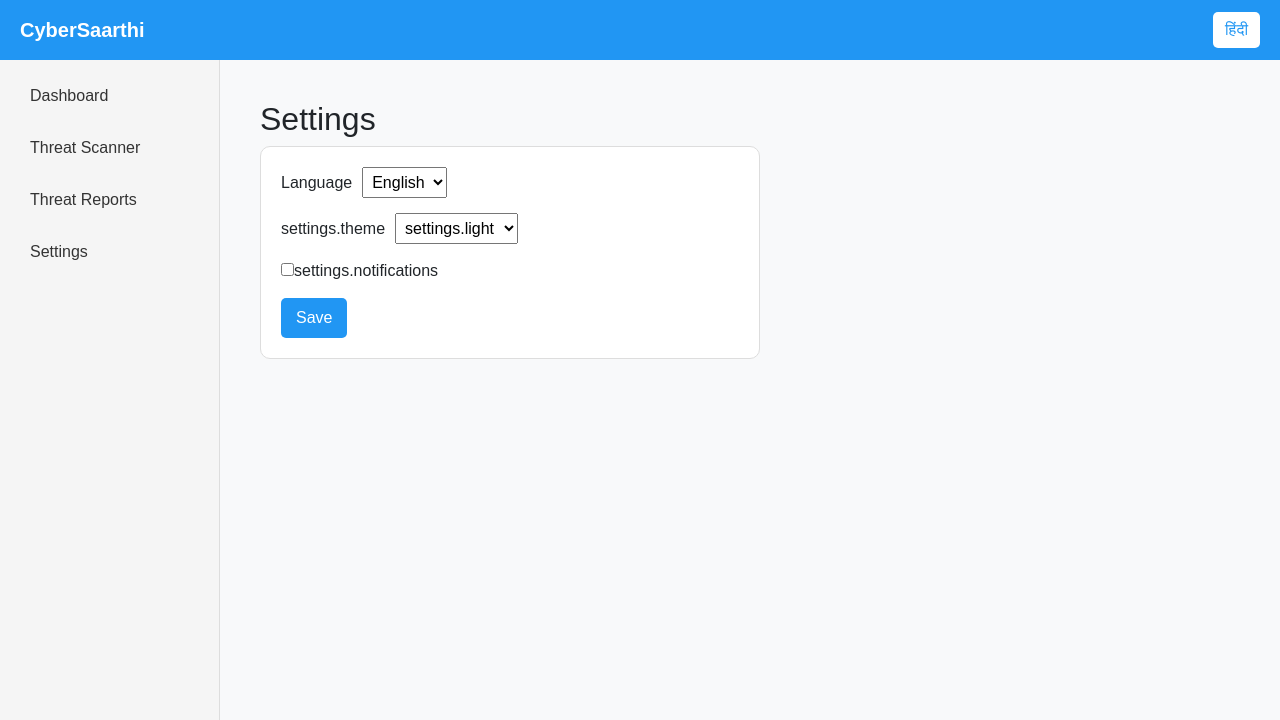
Repository: riyaaaa19/CyberSaarthi
Page: /settings (app in frontend/)
These files come from the project's save history. The page is drawn as it stood at one moment and after the next save; the edit follows.
The browser window is 1280 px wide. The pictures show the whole page.
The project was rebuilt for these pictures with package versions that can differ from the ones it lists, and the page was loaded fresh each time. Also part of the build but not shown: frontend/vite.config.ts, frontend/src/services/api.js, frontend/src/pages/Dashboard.js, frontend/src/pages/Scanner.js, frontend/src/pages/Reports.js.

Above is the page before, as saved 2025-08-20 23:45:39.

### frontend/src/index.js
import React from "react";
import ReactDOM from "react-dom/client";
import App from "./App";
import "bootstrap/dist/css/bootstrap.min.css";
import "./styles/style.css";

const root = ReactDOM.createRoot(document.getElementById("root"));
root.render(<App />);

### frontend/src/App.js
import React from "react";
import { BrowserRouter as Router, Routes, Route, Navigate } from "react-router-dom";
import Navbar from "./components/Navbar";
import Sidebar from "./components/Sidebar";
import Dashboard from "./pages/Dashboard";
import Scanner from "./pages/Scanner";
import Reports from "./pages/Reports";
import Settings from "./pages/Settings";

function App() {
  const layoutStyle = { display: "flex" };
  const contentStyle = { marginLeft: "220px", flex: 1, padding: "20px" };

  return (
    <Router>
      <Navbar />
      <div style={layoutStyle}>
        <Sidebar />
        <div style={contentStyle}>
          <Routes>
            <Route path="/" element={<Navigate to="/dashboard" />} />
            <Route path="/dashboard" element={<Dashboard />} />
            <Route path="/scanner" element={<Scanner />} />
            <Route path="/reports" element={<Reports />} />
            <Route path="/settings" element={<Settings />} />
          </Routes>
        </div>
      </div>
    </Router>
  );
}

export default App;

### frontend/src/styles/style.css
body {
  font-family: 'Poppins', sans-serif;
  background: #f8f9fa;
}
.sidebar {
  width: 250px;
  background: #fff;
  min-height: 100vh;
}
.nav-link.active {
  background-color: #0d6efd !important;
  color: #fff !important;
}

### frontend/src/components/Navbar.js
import React from "react";
import { t, setLang } from "../i18n";

function Navbar() {
  const barStyle = {
    display: "flex",
    justifyContent: "space-between",
    alignItems: "center",
    padding: "12px 20px",
    background: "#2196f3",
    color: "white",
    position: "sticky",
    top: 0,
    zIndex: 1000
  };

  const brandStyle = { fontSize: "20px", fontWeight: "bold" };

  const toggleLang = () => {
    const current = localStorage.getItem("LANG") || "en";
    const newLang = current === "en" ? "hi" : "en";
    setLang(newLang); // reloads app with new lang
  };

  return (
    <nav style={barStyle}>
      <div style={brandStyle}>{t("app.title")}</div>
      <button
        onClick={toggleLang}
        style={{
          padding: "6px 12px",
          background: "white",
          color: "#2196f3",
          border: "none",
          borderRadius: "5px",
          cursor: "pointer"
        }}
      >
        {localStorage.getItem("LANG") === "hi" ? "EN" : "हिंदी"}
      </button>
    </nav>
  );
}

export default Navbar;

### frontend/src/components/Sidebar.js
import React from "react";
import { t } from "../i18n";

function Sidebar() {
  const sidebarStyle = {
    width: "220px",
    background: "#f5f5f5",
    height: "100vh",
    padding: "20px",
    position: "fixed",
    top: 0,
    left: 0,
    overflowY: "auto",
    borderRight: "1px solid #ddd"
  };

  const linkStyle = {
    display: "block",
    padding: "10px",
    marginBottom: "8px",
    color: "#333",
    textDecoration: "none",
    borderRadius: "5px"
  };

  const linkHover = {
    background: "#e0e0e0"
  };

  return (
    <div style={sidebarStyle}>
      <h3 style={{ marginBottom: "20px" }}>Menu</h3>
      <a href="/dashboard" style={linkStyle} onMouseOver={e => e.currentTarget.style.background = linkHover.background} onMouseOut={e => e.currentTarget.style.background = "transparent"}>{t("dashboard.title")}</a>
      <a href="/scanner" style={linkStyle} onMouseOver={e => e.currentTarget.style.background = linkHover.background} onMouseOut={e => e.currentTarget.style.background = "transparent"}>{t("scanner.title")}</a>
      <a href="/reports" style={linkStyle} onMouseOver={e => e.currentTarget.style.background = linkHover.background} onMouseOut={e => e.currentTarget.style.background = "transparent"}>{t("reports.title")}</a>
      <a href="/settings" style={linkStyle} onMouseOver={e => e.currentTarget.style.background = linkHover.background} onMouseOut={e => e.currentTarget.style.background = "transparent"}>{t("settings.title")}</a>
    </div>
  );
}

export default Sidebar;

### frontend/src/pages/Settings.js
import React, { useState } from "react";
import { t, setLang } from "../i18n";

function Settings() {
  const [language, setLanguage] = useState(localStorage.getItem("LANG") || "en");
  const [theme, setTheme] = useState(localStorage.getItem("THEME") || "light");
  const [notifications, setNotifications] = useState(localStorage.getItem("NOTIFY") === "true");

  const cardStyle = {
    padding: "20px",
    border: "1px solid #ddd",
    borderRadius: "10px",
    background: "#fff",
    maxWidth: "500px"
  };

  const saveSettings = () => {
    localStorage.setItem("LANG", language);
    localStorage.setItem("THEME", theme);
    localStorage.setItem("NOTIFY", notifications);
    setLang(language);
    alert(t("settings.saved"));
  };

  return (
    <div style={{ padding: "20px" }}>
      <h2>{t("settings.title")}</h2>
      <div style={cardStyle}>
        {/* Language */}
        <div style={{ marginBottom: "15px" }}>
          <label>{t("settings.lang")}</label>
          <select
            value={language}
            onChange={(e) => setLanguage(e.target.value)}
            style={{ marginLeft: "10px", padding: "5px" }}
          >
            <option value="en">English</option>
            <option value="hi">हिंदी</option>
          </select>
        </div>

        {/* Theme */}
        <div style={{ marginBottom: "15px" }}>
          <label>{t("settings.theme")}</label>
          <select
            value={theme}
            onChange={(e) => setTheme(e.target.value)}
            style={{ marginLeft: "10px", padding: "5px" }}
          >
            <option value="light">{t("settings.light")}</option>
            <option value="dark">{t("settings.dark")}</option>
          </select>
        </div>

        {/* Notifications */}
        <div style={{ marginBottom: "15px" }}>
          <label>
            <input
              type="checkbox"
              checked={notifications}
              onChange={(e) => setNotifications(e.target.checked)}
            />
            {t("settings.notifications")}
          </label>
        </div>

        <button
          onClick={saveSettings}
          style={{
            padding: "8px 15px",
            background: "#2196f3",
            color: "white",
            border: "none",
            borderRadius: "5px",
            cursor: "pointer"
          }}
        >
          {t("settings.save")}
        </button>
      </div>
    </div>
  );
}

export default Settings;

### frontend/src/i18n.js
const MESSAGES = {
  en: {
    "app.title": "CyberSaarthi",
    "email.safe": "Email appears safe.",
    "email.susp": "Suspicious indicators found (possible phishing).",
    "email.mal": "High-risk indicators found (likely phishing).",
    "invoice.safe": "Invoice looks consistent.",
    "invoice.susp": "Suspicious invoice indicators found.",
    "invoice.mal": "Likely fraudulent invoice detected.",
    "settings.title": "Settings",
    "settings.apiBase": "API Base URL",
    "settings.apiKey": "API Key (x-api-key header)",
    "settings.save": "Save",
    "settings.lang": "Language",
    "invoice.upload": "Upload invoice file (PDF/image)",
    "invoice.paste": "Or paste invoice text",
    "invoice.scanText": "Scan Text",
    "reports.title": "Threat Reports",
    "dashboard.title": "Dashboard",
    "dashboard.total": "Total Scans",
    "dashboard.susp": "Suspicious",
    "dashboard.mal": "Malicious",
    "scanner.title": "Threat Scanner",
    "scanner.emailTab": "Email",
    "scanner.invoiceTab": "Invoice",

  },
  hi: {
    "app.title": "साइबर सारथी",
    "email.safe": "ईमेल सुरक्षित प्रतीत होता है।",
    "email.susp": "संदिग्ध संकेत मिले (संभावित फ़िशिंग)।",
    "email.mal": "उच्च जोखिम संकेत (संभावित फ़िशिंग)।",
    "invoice.safe": "इनवॉइस सही लगता है।",
    "invoice.susp": "इनवॉइस में संदिग्ध संकेत मिले।",
    "invoice.mal": "संभावित धोखाधड़ी वाला इनवॉइस।",
    "settings.title": "सेटिंग्स",
    "settings.apiBase": "API बेस URL",
    "settings.apiKey": "API कुंजी (x-api-key हेडर)",
    "settings.save": "सहेजें",
    "settings.lang": "भाषा",
    "invoice.upload": "इनवॉइस फ़ाइल अपलोड करें (PDF/इमेज)",
    "invoice.paste": "या इनवॉइस टेक्स्ट पेस्ट करें",
    "invoice.scanText": "टेक्स्ट स्कैन करें",
    "reports.title": "खतरा रिपोर्ट",
    "dashboard.title": "डैशबोर्ड",
    "dashboard.total": "कुल स्कैन",
    "dashboard.susp": "संदिग्ध",
    "dashboard.mal": "हानिकारक",
    "scanner.title": "खतरा स्कैनर",
    "scanner.emailTab": "ईमेल",
    "scanner.invoiceTab": "इनवॉइस",

  }
};

export function t(key) {
  const lang = window.localStorage.getItem("LANG") || "en";
  return MESSAGES[lang]?.[key] || key;
}

export function setLang(lang) {
  window.localStorage.setItem("LANG", lang);
  window.location.reload();
}

Loaded but not shown: frontend/public/index.html (common file)

After the next save:
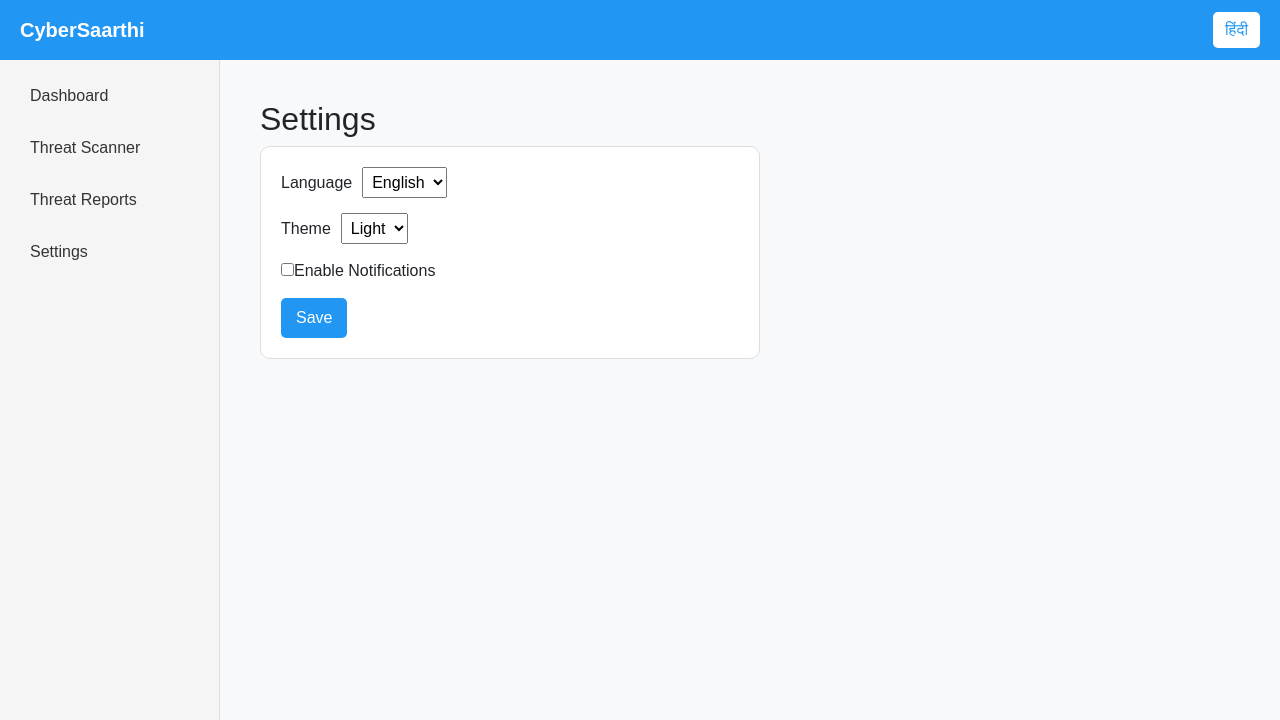
Saved 73 s later.
--- a/frontend/src/i18n.js
+++ b/frontend/src/i18n.js
@@ -1,55 +1,88 @@
 const MESSAGES = {
   en: {
     "app.title": "CyberSaarthi",
+
+    // Email Scanner
     "email.safe": "Email appears safe.",
     "email.susp": "Suspicious indicators found (possible phishing).",
     "email.mal": "High-risk indicators found (likely phishing).",
+
+    // Invoice Scanner
     "invoice.safe": "Invoice looks consistent.",
     "invoice.susp": "Suspicious invoice indicators found.",
     "invoice.mal": "Likely fraudulent invoice detected.",
-    "settings.title": "Settings",
-    "settings.apiBase": "API Base URL",
-    "settings.apiKey": "API Key (x-api-key header)",
-    "settings.save": "Save",
-    "settings.lang": "Language",
     "invoice.upload": "Upload invoice file (PDF/image)",
     "invoice.paste": "Or paste invoice text",
     "invoice.scanText": "Scan Text",
-    "reports.title": "Threat Reports",
+
+    // Dashboard
     "dashboard.title": "Dashboard",
     "dashboard.total": "Total Scans",
     "dashboard.susp": "Suspicious",
     "dashboard.mal": "Malicious",
+
+    // Reports
+    "reports.title": "Threat Reports",
+
+    // Scanner
     "scanner.title": "Threat Scanner",
     "scanner.emailTab": "Email",
     "scanner.invoiceTab": "Invoice",
 
+    // Settings
+    "settings.title": "Settings",
+    "settings.apiBase": "API Base URL",
+    "settings.apiKey": "API Key (x-api-key header)",
+    "settings.lang": "Language",
+    "settings.theme": "Theme",
+    "settings.light": "Light",
+    "settings.dark": "Dark",
+    "settings.notifications": "Enable Notifications",
+    "settings.save": "Save",
+    "settings.saved": "Settings saved successfully!"
   },
+
   hi: {
     "app.title": "साइबर सारथी",
+
+    // Email Scanner
     "email.safe": "ईमेल सुरक्षित प्रतीत होता है।",
     "email.susp": "संदिग्ध संकेत मिले (संभावित फ़िशिंग)।",
     "email.mal": "उच्च जोखिम संकेत (संभावित फ़िशिंग)।",
+
+    // Invoice Scanner
     "invoice.safe": "इनवॉइस सही लगता है।",
     "invoice.susp": "इनवॉइस में संदिग्ध संकेत मिले।",
     "invoice.mal": "संभावित धोखाधड़ी वाला इनवॉइस।",
-    "settings.title": "सेटिंग्स",
-    "settings.apiBase": "API बेस URL",
-    "settings.apiKey": "API कुंजी (x-api-key हेडर)",
-    "settings.save": "सहेजें",
-    "settings.lang": "भाषा",
     "invoice.upload": "इनवॉइस फ़ाइल अपलोड करें (PDF/इमेज)",
     "invoice.paste": "या इनवॉइस टेक्स्ट पेस्ट करें",
     "invoice.scanText": "टेक्स्ट स्कैन करें",
-    "reports.title": "खतरा रिपोर्ट",
+
+    // Dashboard
     "dashboard.title": "डैशबोर्ड",
     "dashboard.total": "कुल स्कैन",
     "dashboard.susp": "संदिग्ध",
     "dashboard.mal": "हानिकारक",
+
+    // Reports
+    "reports.title": "खतरा रिपोर्ट",
+
+    // Scanner
     "scanner.title": "खतरा स्कैनर",
     "scanner.emailTab": "ईमेल",
     "scanner.invoiceTab": "इनवॉइस",
 
+    // Settings
+    "settings.title": "सेटिंग्स",
+    "settings.apiBase": "API बेस URL",
+    "settings.apiKey": "API कुंजी (x-api-key हेडर)",
+    "settings.lang": "भाषा",
+    "settings.theme": "थीम",
+    "settings.light": "हल्की",
+    "settings.dark": "गहरी",
+    "settings.notifications": "सूचनाएं सक्षम करें",
+    "settings.save": "सहेजें",
+    "settings.saved": "सेटिंग्स सफलतापूर्वक सहेजी गईं!"
   }
 };
 
